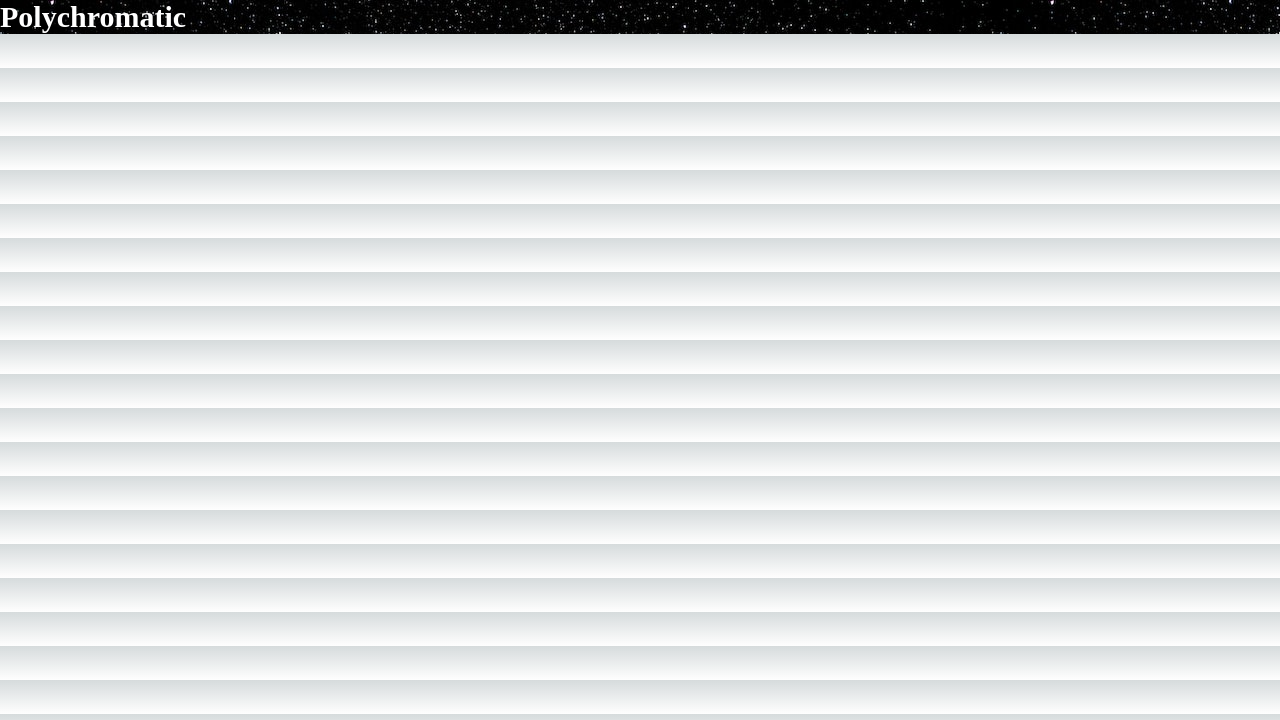
Repository: marianfran/NASA-API
Page: /
The author's editor kept a copy of each file at every save. The page is drawn from the files as they stood at one save, then again after the next save.
The browser window is 1280 px wide. The pictures show the whole page.
The page's requests for data from a server got no answer. The project was rebuilt for these pictures with package versions that can differ from the ones it lists, and the page was loaded fresh each time. The framework's server and built-in components were replaced by stand-ins that run in the browser. No one was signed in, and anything a server would have sent is missing. Also part of the build but not shown: next.config.js.

Above is the page before, as saved 2023-02-15 08:50:05.

After the next save:
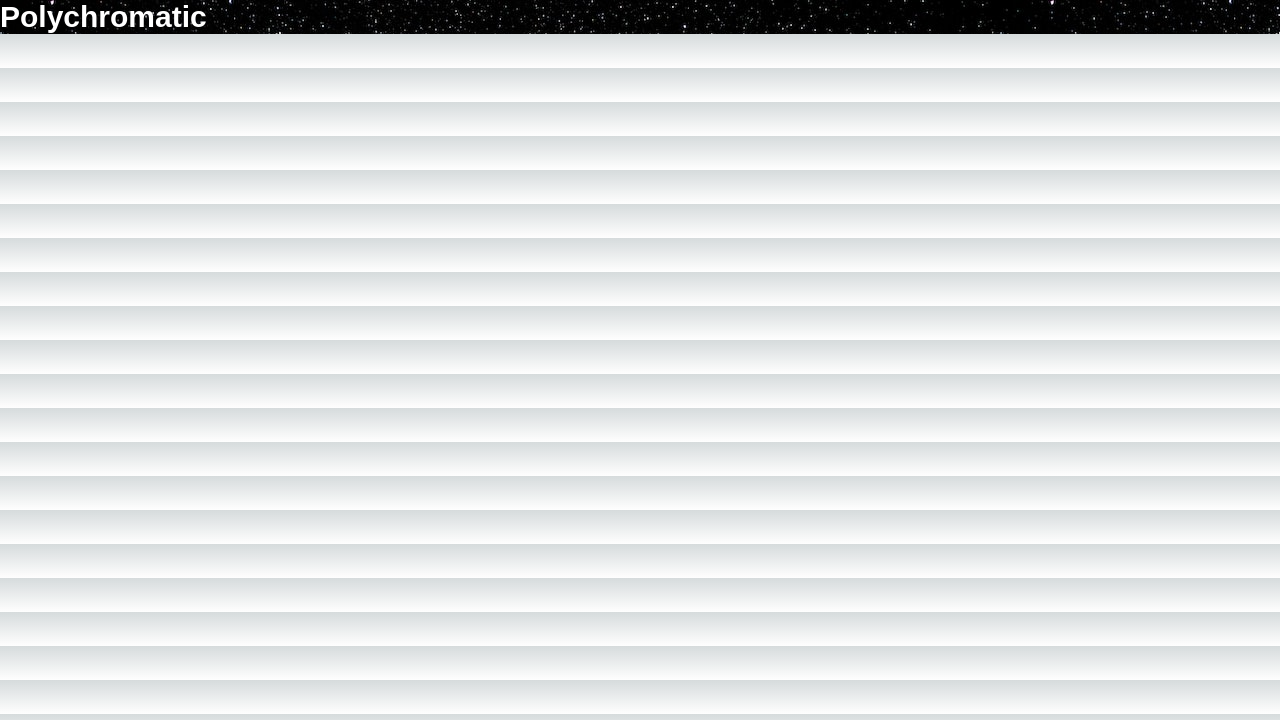
Saved 40 s later.
--- a/styles/Home.module.css
+++ b/styles/Home.module.css
@@ -1,9 +1,11 @@
 .main {
   background-image: url('/spacebackground.jpeg');
+  font-family: sans-serif;
 }
 
 .title {
   color: white;
   font-size:30px;
   font-weight: bold;
+  text-align: none;
 }
